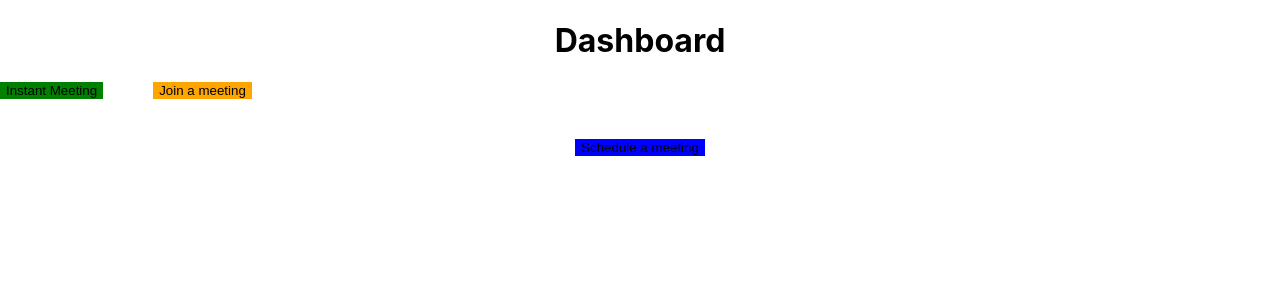
Repository: sreech465/myexam
Page: /
These files come from the project's save history. The page is drawn as it stood at one moment and after the next save; the edit follows.
The browser window is 1280 px wide. The pictures show the whole page.
The project was rebuilt for these pictures with package versions that can differ from the ones it lists, and the page was loaded fresh each time. Also part of the build but not shown: src/Jmeet.js, src/Smeet.js.

Above is the page before, as saved 2023-01-14 16:00:48.

After the next save:
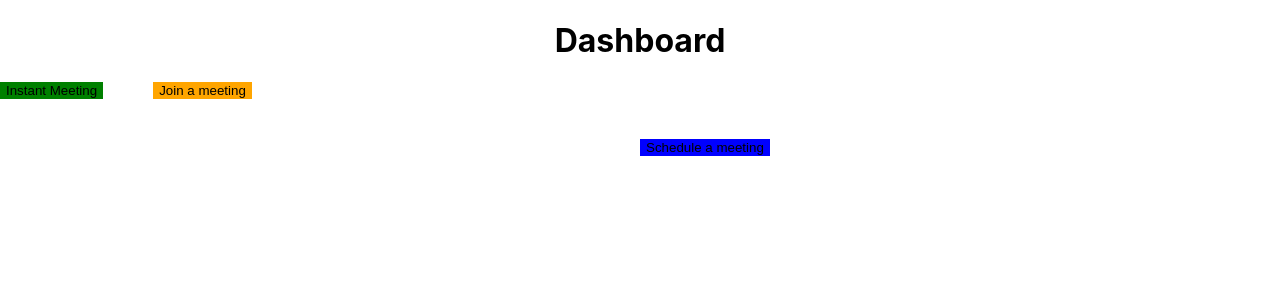
Saved 51 s later.
--- a/src/Details.js
+++ b/src/Details.js
@@ -30,7 +30,13 @@ const Details = () => {
         </button>
       </div>
       <button
-        style={{ backgroundColor: "blue", border: "none", marginTop: 40 }}
+        style={{
+          backgroundColor: "blue",
+          border: "none",
+          marginTop: 40,
+          position: "fixed",
+          left: "20",
+        }}
         onClick={handleSchedule}
       >
         Schedule a meeting
